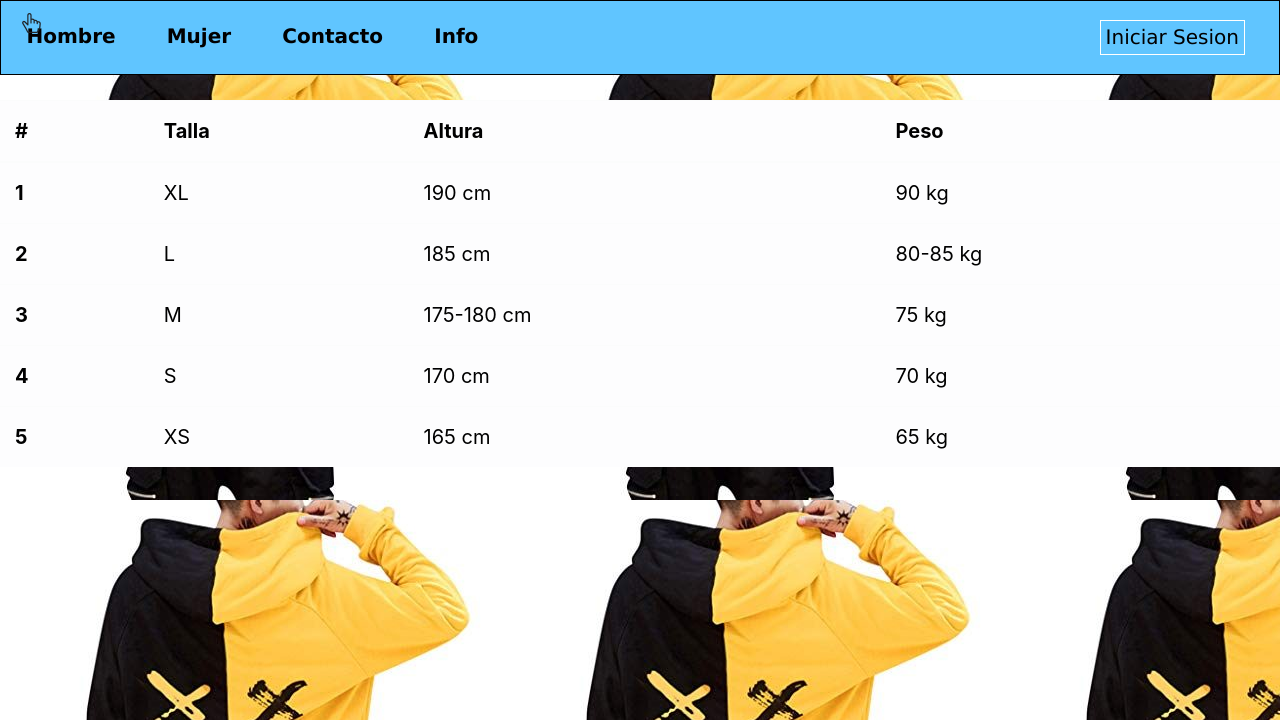
Repository: danilugones10/Proyecto
Page: hombre.html
The author's editor kept a copy of each file at every save. The page is drawn from the files as they stood at one save, then again after the next save.
The browser window is 1280 px wide. The pictures show the whole page.
Some web libraries are served in a nearby version.

Above is the page before, as saved 2021-03-20 13:18:50.

After the next save:
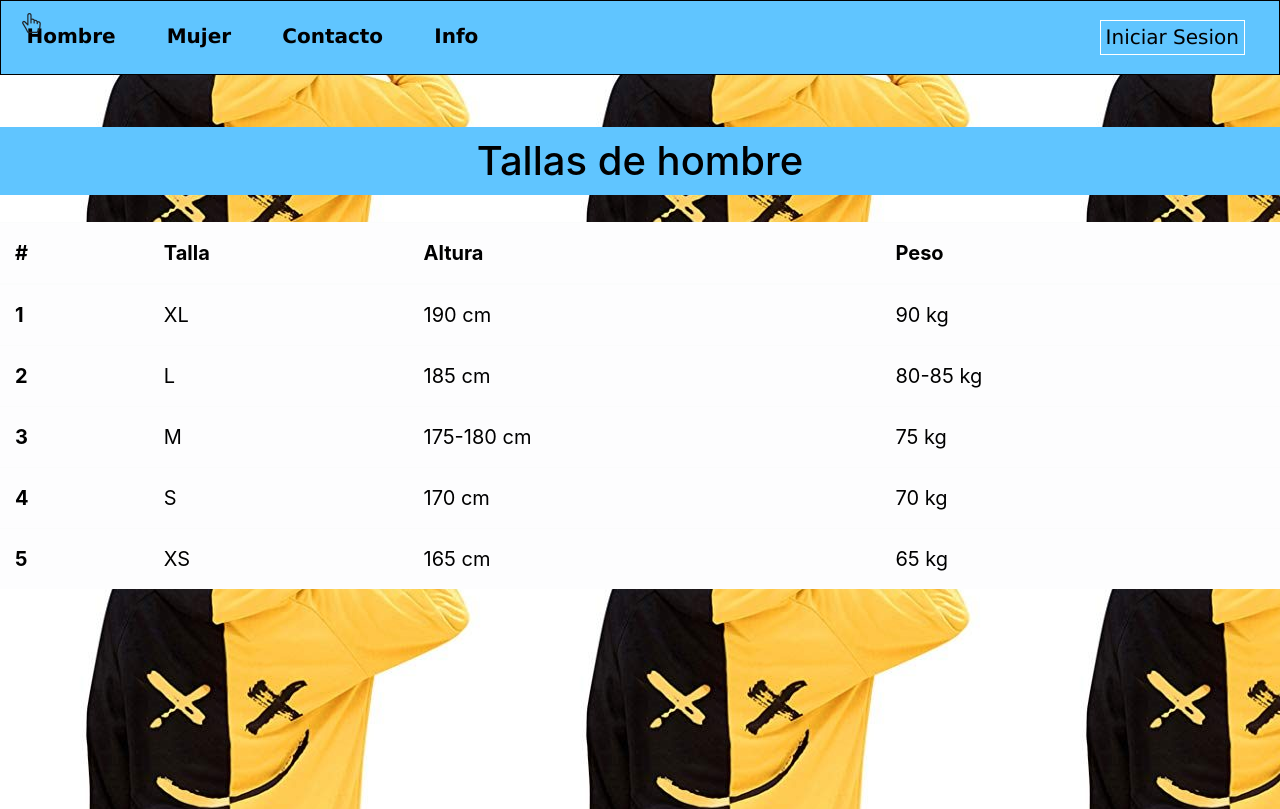
Saved 9 s later.
--- a/hombre.html
+++ b/hombre.html
@@ -16,7 +16,7 @@
 
     <main class="main">
         <section class="hombre-talla color_claro">
-
+            <h1>Tallas de hombre</h1>
         </section>
         <table class="table table-light">
             <thead>
